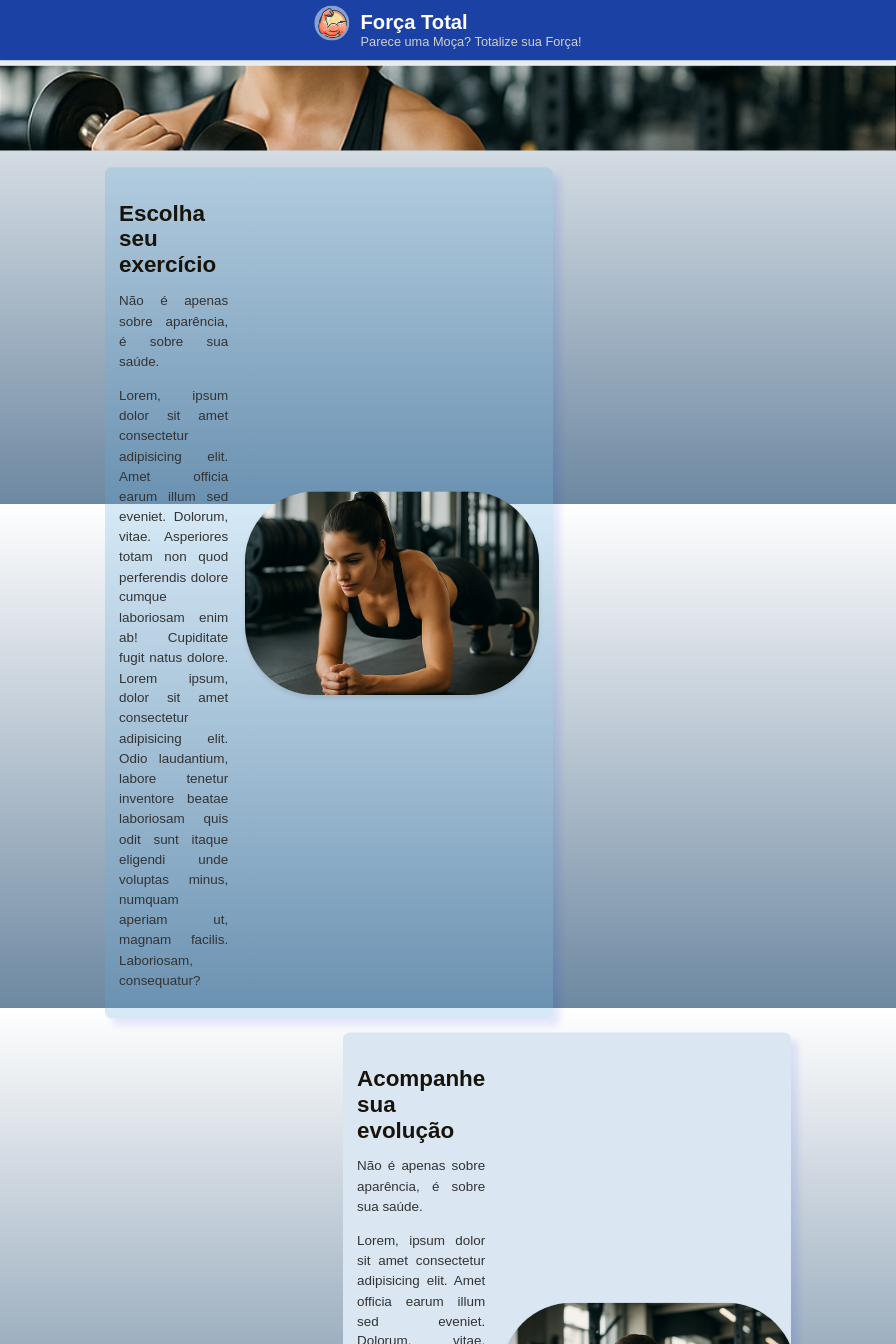
Repository: LuidyOn/Site_Forca_Total
Page: ForçaTotal/index.html
An editor plug-in stored every save of this project. The page is shown before and after the next save, followed by the edit.
The browser window is 1280 px wide. The pictures show the part of the page from y = 0 to 1920 px (the page is 3944 px tall before and 3984 px after), at 70% of full size.
Backgrounds fixed to the window are drawn as part of the page.

Above is the page before, as saved 2025-05-19 14:16:46.
Not found: ForçaTotal/js/script.js

### ForçaTotal/index.html
<!DOCTYPE html>
<html lang="pt-br">

<head>
    <meta charset="UTF-8">
    <meta name="viewport" content="width=device-width, initial-scale=1.0">
    <title>Força Total</title>
    <link rel="stylesheet" href="css/style.css">
    <link rel="shortcut icon" href="img/icons/logo.ico" type="image/x-icon">
</head>

<body>
    <header style="display: flex; align-items: center; justify-content: center; gap: 16px; padding: 8px 0; position: fixed; top: 0; left: 0; width: 100%; background: #1c41a5; z-index: 1000; box-shadow: 0 2px 8px rgba(0,0,0,0.05);">
        <img src="img/logo.jpg" alt="Imagem logo" style="height: 50px; width: auto;">
        <div style="text-align: left;">
            <h1 style="margin: 0; font-size: 1.5em;">Força Total</h1>
            <p style="margin: 0; color: rgb(207, 207, 207); font-size: 0.95em;">Parece uma Moça? Totalize sua Força!</p>
        </div>
    </header>
    <div style="height: 74px;"></div>

<img src="img/bannerpeso.png" alt="mulher com peso" style="width: 100%; height: auto; margin-top: 20px;">

    <section class="variacao" style="padding: 20px; text-align: justify; margin-left: 150px; display: flex; align-items: center; justify-content: space-between;">
        <div style="flex: 1;">
            <h2>Escolha seu exercício</h2>
            <p>Não é apenas sobre aparência, é sobre sua saúde.</p>
            <p>Lorem, ipsum dolor sit amet consectetur adipisicing elit. Amet officia earum illum sed eveniet. Dolorum, vitae. Asperiores totam non quod perferendis dolore cumque laboriosam enim ab! Cupiditate fugit natus dolore. Lorem ipsum, dolor sit amet consectetur adipisicing elit. Odio laudantium, labore tenetur inventore beatae laboriosam quis odit sunt itaque eligendi unde voluptas minus, numquam aperiam ut, magnam facilis. Laboriosam, consequatur?</p>
        </div>
        <img src="img/prancha.png" alt="Exercício" style="width: 420px; height: auto; border-radius: 100px; margin-left: 24px;">
    </section>
    <section style="background-color: #dae6f1; padding: 20px; text-align: justify; margin-right: 150px; display: flex; align-items: center; justify-content: space-between;">
        <div style="flex: 1;">
            <h2>Acompanhe sua evolução</h2>
            <p>Não é apenas sobre aparência, é sobre sua saúde.</p>
            <p>Lorem, ipsum dolor sit amet consectetur adipisicing elit. Amet officia earum illum sed eveniet. Dolorum, vitae. Asperiores totam non quod perferendis dolore cumque laboriosam enim ab! Cupiditate fugit natus dolore. Lorem ipsum, dolor sit amet consectetur adipisicing elit. Odio laudantium, labore tenetur inventore beatae laboriosam quis odit sunt itaque eligendi unde voluptas minus, numquam aperiam ut, magnam facilis. Laboriosam, consequatur?</p>
        </div>
        <img src="img/agachamento.png" alt="Exercício" style="width: 420px; height: auto; border-radius: 100px; margin-left: 24px;">
    </section>

    <section class="variacao" style=" padding: 20px; text-align: justify; margin-left: 150px; display: flex; align-items: center; justify-content: space-between;">
        <div style="flex: 1;">
            <h2>Melhore sua saúde</h2>
            <p>Não é a penas sobre aparência, é sobre sua saúde.</p>
            <p>Lorem, ipsum dolor sit amet consectetur adipisicing elit. Amet officia earum illum sed eveniet. Dolorum, vitae. Asperiores totam non quod perferendis dolore cumque laboriosam enim ab! Cupiditate fugit natus dolore. Lorem ipsum, dolor sit amet consectetur adipisicing elit. Odio laudantium, labore tenetur inventore beatae laboriosam quis odit sunt itaque eligendi unde voluptas minus, numquam aperiam ut, magnam facilis. Laboriosam, consequatur?</p>
        </div>
        <img src="img/peso.png" alt="Exercício" style="width: 420px; height: auto; border-radius: 100px; margin-left: 24px;">
    </section>

    <section style=" background-color: #1c41a5; padding: 10px; text-align: justify; height: 150px; padding: 1px 20px;  border-radius: 1000px;">
  <h3 style="text-align: left;">
    <span>
    <a href="index.html"><button id="botao">Voltar ao topo</button></a>
    </span>
    <span style="float: right;">
      <a href="paginas/sobrenos.html"><button>Sobre nós</button></a>
      <a href="paginas/sobrecss.html"><button>Sobre CSS</button></a>
      <a href="paginas/sobreHTML.html"><button>Sobre HTML</button></a>
    </span>
  </h3>

  </section>

    <script src="js/script.js"></script>
</body>
</html>

### ForçaTotal/css/style.css
/* Resetando algumas margens e paddings padrão */
@charset "UTF-8";

* {
  margin: 100;
  padding: 0;
  box-sizing: border-box;

}

body {
  font-family: 'Arial', sans-serif;
  text-align: left;
  background-image: linear-gradient(to bottom, #ffffff, #6d88a1);
  background-attachment: fixed;
  margin: 0;
  padding: 0;
  color: #333;
  width: 100vw;
  min-height: 100vh;
}

header {
  display: flex;
  align-items: center;
  justify-content: center;
  gap: 16px;
  position: fixed;
  top: -20px;
  left: 0;
  width: 100%;
  background: #10315e;
  z-index: 1000;
  box-shadow: 0 2px 8px rgba(0,0,0,0.05);
  background-color: #0a2a83;
  color: white;
  text-align: center;
  padding: 20px;
  font-size: 1.2rem;
}

header img {
  width: 150px;
  margin-bottom: 20px;
  border-radius: 50%;
}

h1 {
  font-size: 2.5rem;
  margin-bottom: 10px;
  font-weight: bold;
}

h2 {
  font-size: 2rem;
  margin-bottom: 10px;
  font-weight: bold;
}

h3 {
  font-size: 1.8rem;
  margin-bottom: 10px;
  font-weight: 300;
  text-align: center;
}

h4 {
  font-size: 1.5rem;
  margin-bottom: 10px;
  font-weight: 300;
  margin-left: 10px;
}

h5 {
  font-size: 1.3rem;
  margin-bottom: 10px;
  font-weight: 300;
  margin-left: 20px;
}

ul {
  padding: 0;
  margin-left: 100px;
}
ol {
  list-style-type: decimal;
  margin: 0;
}

p {
  font-size: 1.2rem;
  font-weight: 300;
}

section {
  padding: 40px 20px;
  background-color: #dae6f1;
  margin: 20px 0;
  border-radius: 10px;
  box-shadow: 10px 10px 10px rgba(0, 42, 228, 0.1);
  width: 50%;
  margin-left: auto;
  margin-right: auto;
  display: block;
  align-items: center;
  justify-content: space-between;
}

.variacao {
  background-color: rgba(99, 173, 219, 0.262);

}

section h2 {
  font-size: 2rem;
  margin-bottom: 10px;
  color: rgb(24, 20, 11);
}

section p {
  font-size: 1.2rem;
  line-height: 1.5;
  margin-bottom: 20px;
}

section img {
  width: 25%;
  max-width: 600px;
  border-radius: 10px;
  box-shadow: 0px 4px 6px rgba(0, 0, 0, 0.1);
  margin-left: px;
}

button {
  padding: 12px 30px;
  font-size: 1.2rem;
  background-color: #000000;
  color: white;
  border: none;
  border-radius: 10px;
  cursor: pointer;
  transition: background-color 0.3s ease, transform 0.2s ease;
  margin-top: 20px;
  margin-left: 10px;
  margin-right: 10px;
  box-shadow: 10px 5px 1px rgba(0, 0, 0, 0.1);

}

button:hover {
  background-color: #325f90;
  transform: translateY(-2px);
}

button:active {
  transform: translateY(0);
}

footer {
  background-color: #222;
  color: white;
  padding: 20px;
  font-size: 1rem;
  text-align: center;
  margin-top: 40px;
  left: 0;
  bottom: 0;
  width: 100vw;
  z-index: 100;
}

footer p {
  font-weight: 300;
  margin-left: -1000px;

}

@media screen and (max-width: 768px) {
  header h1 {
      font-size: 2rem;
  }

  section h2 {
      font-size: 1.8rem;
  }

  button {
      padding: 10px 25px;
  }
}

After the next save:
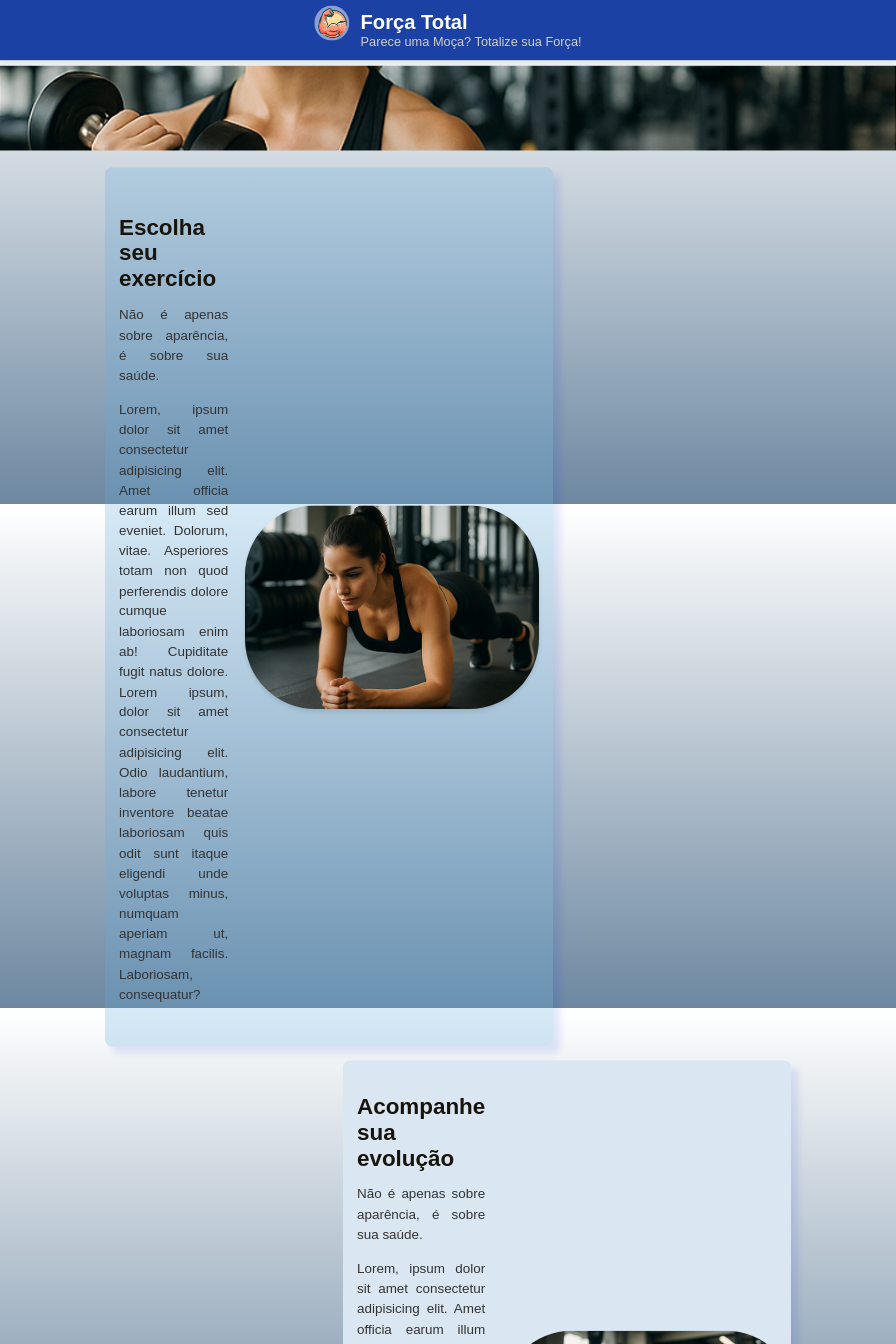
Saved 5 s later.
--- a/ForçaTotal/index.html
+++ b/ForçaTotal/index.html
@@ -21,7 +21,7 @@
 
 <img src="img/bannerpeso.png" alt="mulher com peso" style="width: 100%; height: auto; margin-top: 20px;">
 
-    <section class="variacao" style="padding: 20px; text-align: justify; margin-left: 150px; display: flex; align-items: center; justify-content: space-between;">
+    <section class="variacao" style="text-align: justify; margin-left: 150px; display: flex; align-items: center; justify-content: space-between;">
         <div style="flex: 1;">
             <h2>Escolha seu exercício</h2>
             <p>Não é apenas sobre aparência, é sobre sua saúde.</p>
